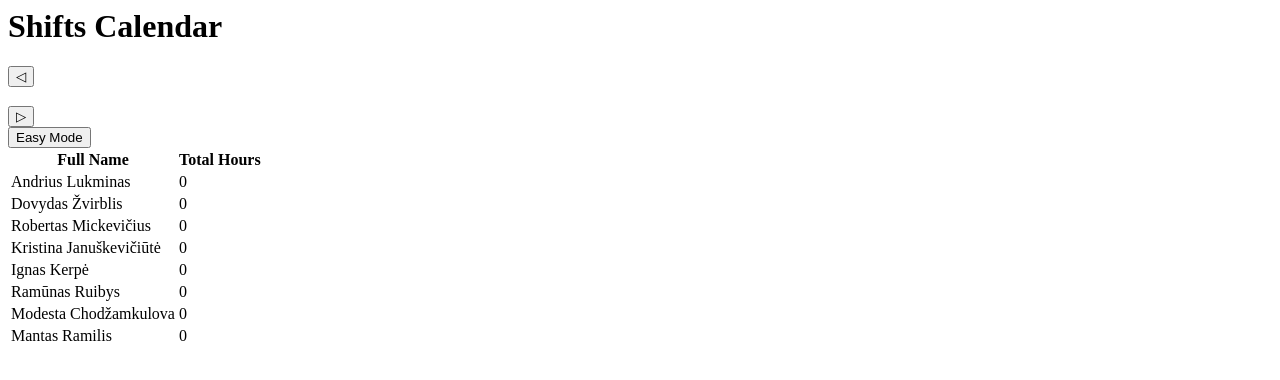
Repository: Daigtas/Shiftman
Page: partials/shifts_calendar.html
These files come from the project's save history. The page is drawn as it stood at one moment and after the next save; the edit follows.
The browser window is 1280 px wide. The pictures show the whole page.

Above is the page before, as saved 2025-02-03 23:44:08.
Console error: ReferenceError: $ is not defined

### partials/shifts_calendar.html
<h1 id="shiftsCalendarTitle">Shifts Calendar</h1>
<div class="container-fluid">
    <div class="btn-toolbar mb-3" role="toolbar">

        <button type="button" class="btn btn-outline-primary btn-sm mr-4" id="prevMonth">&#9665;</button>
        <h3 id="monthName" class="text-center mb-4"></h3>
        <h3 id="currentMonthYear" class="text-center mb-4"></h3>
        <button type="button" class="btn btn-outline-primary btn-sm ml-4" id="nextMonth">&#9655;</button>
    </div>
    <div class="btn-group ml-2 float-end" role="group">
        <button type="button" class="btn btn-secondary" id="easyModeButton">Easy Mode</button>
    </div>

    <div class="table-responsive position-relative">
        <!-- Table will be dynamically generated -->
        <table id="calendar" class="table table-bordered table-striped">
            <thead>
                <tr>
                    <th id="fullNameHeader">Full Name</th>
                    <!-- Day headers will be dynamically generated -->
                    <th id="totalHoursHeader">Total Hours</th>
                </tr>
            </thead>
            <tbody>
                <!-- Example rows, add more as needed -->
                <tr>
                    <td>Andrius Lukminas</td>
                    <!-- Shift data will be dynamically generated -->
                    <td class="total-hours">0</td>
                </tr>
                <tr>
                    <td>Dovydas Žvirblis</td>
                    <td class="total-hours">0</td>
                </tr>
                <tr>
                    <td>Robertas Mickevičius</td>
                    <td class="total-hours">0</td>
                </tr>
                <tr>
                    <td>Kristina Januškevičiūtė</td>
                    <td class="total-hours">0</td>
                </tr>
                <tr>
                    <td>Ignas Kerpė</td>
                    <td class="total-hours">0</td>
                </tr>
                <tr>
                    <td>Ramūnas Ruibys</td>
                    <td class="total-hours">0</td>
                </tr>
                <tr>
                    <td>Modesta Chodžamkulova</td>
                    <td class="total-hours">0</td>
                </tr>
                <tr>
                    <td>Mantas Ramilis</td>
                    <td class="total-hours">0</td>
                </tr>
                <!-- Add more rows as needed -->
            </tbody>
        </table>
    </div>
    <script src="js/shifts_calendar.js" defer></script>
</div>

### js/shifts_calendar.js
$(document).ready(function () {
    // Constants
    let currentYear, currentMonth, easyModeActive = false;

    // Define color groups
    const colorGroups = {
        'Andrius Lukminas': 'cell-red',
        'Dovydas Žvirblis': 'cell-red',
        'Robertas Mickevičius': 'cell-blue',
        'Kristina Januškevičiūtė': 'cell-blue',
        'Ignas Kerpė': 'cell-green',
        'Ramūnas Ruibys': 'cell-green',
        'Modesta Chodžamkulova': 'cell-orange',
        'Mantas Ramilis': 'cell-orange'
    };

    function updateMonthYearText() {
        const monthNames = translations.monthNames || [];
        if (monthNames.length > 0) {
            $('#monthName').text(`${monthNames[currentMonth]} ${currentYear}`);
        } else {
            $('#monthName').text(`${currentMonth + 1} ${currentYear}`);
        }
    }

    function initializeShiftsCalendar() {
        const table = $('#calendar');
        const daysInMonth = new Date(currentYear, currentMonth + 1, 0).getDate();
        updateMonthYearText();

        if ($.fn.DataTable.isDataTable(table)) {
            table.DataTable().destroy();
        }

        table.html(`
            <thead>
                <tr>
                    <th id="fullNameHeader">${translations.fullName || 'Full Name'}</th>
                    ${Array.from({ length: daysInMonth }, (_, i) => {
                        const day = new Date(currentYear, currentMonth, i + 1).getDay();
                        return `<th class="${day === 0 || day === 6 ? 'weekend' : ''}">${i + 1}</th>`;
                    }).join('')}
                    <th id="totalHoursHeader">${translations.totalHours || 'Total Hours'}</th>
                </tr>
            </thead>
            <tbody>
                ${Object.keys(colorGroups).map(name => `
                    <tr>
                        <td>${name}</td>
                        ${Array.from({ length: daysInMonth }, (_) => `<td data-color="null" data-fill="null"></td>`).join('')}
                        <td class="total-hours">0</td>
                    </tr>
                `).join('')}
            </tbody>
        `);

        table.DataTable({ paging: false, searching: true, ordering: true, info: false });

        // Reattach event listeners
        initializeCalendar();
    }

    function initializeCalendar() {
        // Use event delegation for dynamic cells (REVISED)
        $('#calendar tbody').off('dblclick').on('dblclick', 'td:not(:first-child, :last-child)', function () {
            if (easyModeActive) { // Check Easy Mode state
                const $cell = $(this);
                const fullName = $cell.closest('tr').find('td:first').text();
                const colorClass = colorGroups[fullName];
                applyFill($cell, colorClass);
            }
        });

        // Full Name cell editing
        $('#calendar tbody').on('dblclick', 'td:first-child', function () {
            const $cell = $(this);
            const currentText = $cell.text();
            const $input = $('<input>', {
                type: 'text',
                value: currentText,
                class: 'form-control'
            });

            $cell.html($input);
            $input.focus();

            $input.on('blur keypress', function (e) {
                if (e.type === 'blur' || e.which === 13) {
                    const newText = $input.val();
                    $cell.text(newText);
                    saveData();
                }
            });
        });
    }

    // Apply fill types (REVISED FOR 4-STEP CYCLE)
    function applyFill($cell, colorClass) {
        const fills = ['null', 'solid', 'mesh-45', 'mesh-horizontal-vertical'];
        const currentFill = $cell.data('fill') || 'null';
        let nextIndex = (fills.indexOf(currentFill) + 1) % fills.length; // Move to the next step in the cycle
        const nextFill = fills[nextIndex];

        // Reset all styling
        $cell.removeClass('cell-red cell-blue cell-green cell-orange cell-mesh-45 cell-mesh-horizontal-vertical')
             .attr('data-color', '');

        // Apply new styling based on the next fill type
        switch (nextFill) {
            case 'solid':
                $cell.addClass(colorClass)
                     .attr('data-color', colorClass.replace('cell-', ''));
                break;
            case 'mesh-45':
                $cell.addClass(colorClass + ' cell-mesh-45')
                     .attr('data-color', colorClass.replace('cell-', ''));
                break;
            case 'mesh-horizontal-vertical':
                $cell.addClass('cell-mesh-horizontal-vertical');
                break;
            case 'null':
                // No styling applied
                break;
        }

        // Update the fill state
        $cell.data('fill', nextFill);

        // Update hours count for the row
        updateHoursCount($cell.closest('tr'));
    }

    // Update hours count at the end of each row
    function updateHoursCount($row) {
        const $cells = $row.find('td').not(':first, :last'); // Exclude the first and last cell
        let totalHours = 0;
        $cells.each(function () {
            const fill = $(this).data('fill') || 'null';
            let hoursToAdd = 0;
            if (fill === 'solid') {
                hoursToAdd = 12;
            } else if (fill === 'mesh-45') {
                hoursToAdd = 11;
            }
            totalHours += hoursToAdd;
        });

        $row.find('td:last').text(totalHours);
    }

    // Save data to LocalStorage
    function saveData() {
        const data = JSON.parse(localStorage.getItem('calendarData')) || {};
        const year = currentYear;
        const month = String(currentMonth + 1).padStart(2, '0');

        $('#calendar tbody tr').each(function () {
            const fullName = $(this).find('td:first').text();
            const monthData = $(this).find('td:not(:first, :last)').map(function () {
                return {
                    fill: $(this).data('fill') || 'null',
                    color: $(this).attr('data-color') || ''
                };
            }).get();

            if (!data[fullName]) {
                data[fullName] = {};
            }

            if (!data[fullName][year]) {
                data[fullName][year] = {};
            }

            data[fullName][year][month] = monthData;
        });

        localStorage.setItem('calendarData', JSON.stringify(data));
        console.log('Data saved to LocalStorage:', data);

        // Show success message
        showSuccessMessage(translations.dataSaved || 'Data saved successfully.');

        // Hide save button
        $('#saveButton').remove();
        $('#easyModeButton').text(translations.easyMode || 'Easy Mode');
    }

    // Load data from LocalStorage
    function loadData() {
        const data = JSON.parse(localStorage.getItem('calendarData')) || {};
        const year = currentYear;
        const month = String(currentMonth + 1).padStart(2, '0');

        $('#calendar tbody tr').each(function () {
            const fullName = $(this).find('td:first').text();
            const monthData = data[fullName]?.[year]?.[month] || [];

            $(this).find('td:not(:first, :last)').each(function (index) {
                const cellData = monthData[index] || { fill: 'null', color: '' };
                const colorClass = colorGroups[fullName];

                $(this).data('fill', cellData.fill)
                    .attr('data-color', cellData.color);

                // Re-apply visual styles
                switch (cellData.fill) {
                    case 'solid':
                        $(this).addClass(colorClass);
                        break;
                    case 'mesh-45':
                        $(this).addClass(colorClass + ' cell-mesh-45');
                        break;
                    case 'mesh-horizontal-vertical':
                        $(this).addClass('cell-mesh-horizontal-vertical');
                        break;
                }
            });

            updateHoursCount($(this)); // Update hours count for the row
        });
    }

    // Show success message
    function showSuccessMessage(message) {
        const successMessage = $(`<div class="alert alert-success alert-dismissible fade show" role="alert">
            ${message}
            <button type="button" class="btn-close" data-bs-dismiss="alert" aria-label="Close"></button>
        </div>`);
        $('#content').prepend(successMessage);
        setTimeout(() => {
            successMessage.alert('close');
        }, 3000);
    }

    // Handle month navigation
    $('#prevMonth').on('click', function () {
        currentMonth--;
        if (currentMonth < 0) {
            currentMonth = 11;
            currentYear--;
        }
        initializeShiftsCalendar();
        loadData();
    });

    $('#nextMonth').on('click', function () {
        currentMonth++;
        if (currentMonth > 11) {
            currentMonth = 0;
            currentYear++;
        }
        initializeShiftsCalendar();
        loadData();
    });

    // Initial setup
    const now = new Date();
    currentYear = now.getFullYear();
    currentMonth = now.getMonth();
    loadTranslations(lang).then(() => {
        initializeShiftsCalendar();
        loadData();
    });

    // Easy Mode toggle
    $('#easyModeButton').off('click').on('click', function () {
        easyModeActive = !easyModeActive;
        $(this)
            .toggleClass('btn-primary btn-success', easyModeActive)
            .html(easyModeActive
                ? '<i class="fas fa-check-circle"></i> ' + (translations.easyModeActive || 'Easy Mode Active')
                : '<i class="fas fa-edit"></i> ' + (translations.enableEasyMode || 'Enable Easy Mode'));

        // Show/hide save button
        if (easyModeActive && !$('#saveButton').length) {
            $('<button/>', {
                id: 'saveButton',
                class: 'btn btn-danger ml-2',
                html: '<i class="fas fa-save"></i> ' + (translations.saveChanges || 'Save Changes')
            }).insertAfter(this).click(saveData);
        } else {
            $('#saveButton').remove();
        }
    });
});

After the next save:
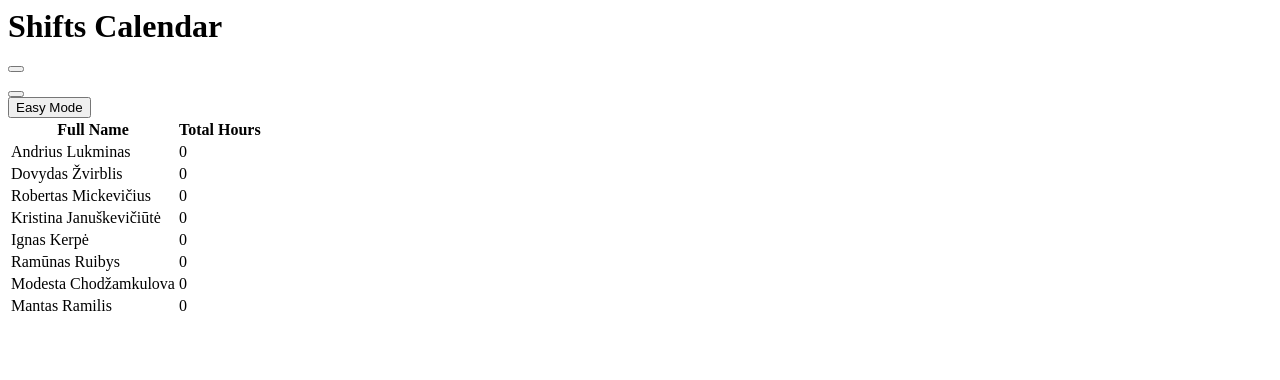
Saved 108 s later.
--- a/partials/shifts_calendar.html
+++ b/partials/shifts_calendar.html
@@ -1,11 +1,14 @@
 <h1 id="shiftsCalendarTitle">Shifts Calendar</h1>
 <div class="container-fluid">
     <div class="btn-toolbar mb-3" role="toolbar">
-
-        <button type="button" class="btn btn-outline-primary btn-sm mr-4" id="prevMonth">&#9665;</button>
+        <button type="button" class="btn btn-outline-primary btn-sm mr-4" id="prevMonth">
+            <i class="fas fa-chevron-left"></i>
+        </button>
         <h3 id="monthName" class="text-center mb-4"></h3>
         <h3 id="currentMonthYear" class="text-center mb-4"></h3>
-        <button type="button" class="btn btn-outline-primary btn-sm ml-4" id="nextMonth">&#9655;</button>
+        <button type="button" class="btn btn-outline-primary btn-sm ml-4" id="nextMonth">
+            <i class="fas fa-chevron-right"></i>
+        </button>
     </div>
     <div class="btn-group ml-2 float-end" role="group">
         <button type="button" class="btn btn-secondary" id="easyModeButton">Easy Mode</button>
